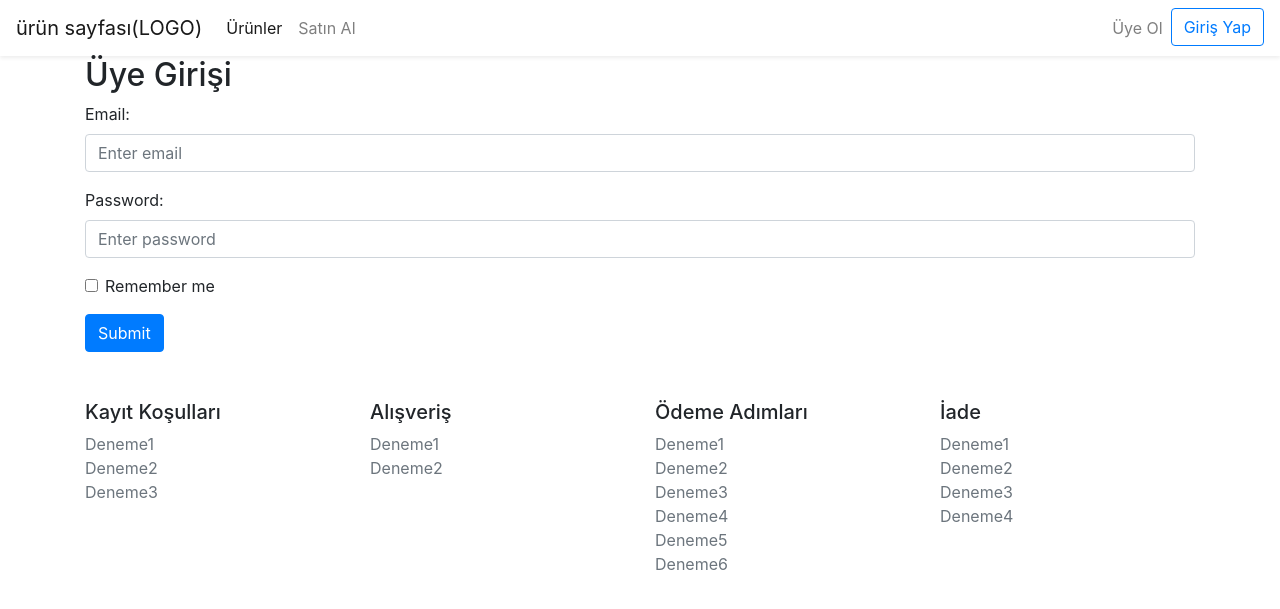
Repository: NergisAktug/E-Commerce-PythonWithFlask-Sqlite3
Page: http://localhost/üye
An editor plug-in stored every save of this project. The page is shown before and after the next save, followed by the edit.
The browser window is 1280 px wide. The pictures show the whole page.
Some web libraries are served in a nearby version. The page is served by the project's application, run on Flask 3 (app.py).

Above is the page before, as saved 2018-12-01 00:00:09.

After the next save:
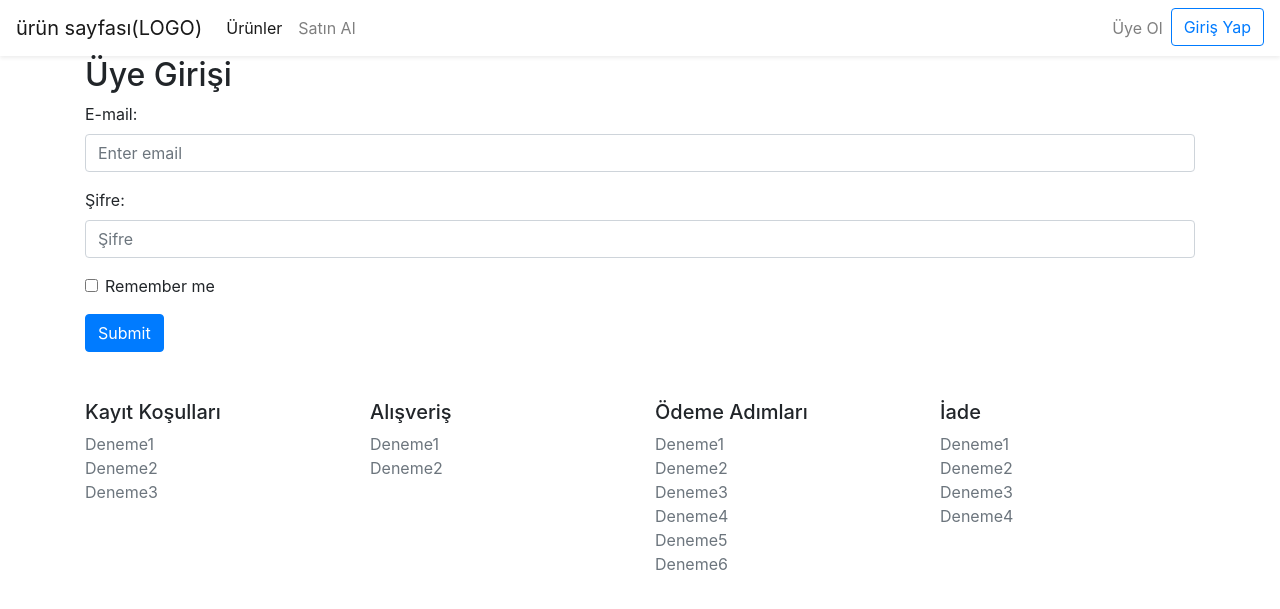
Saved 41 s later.
--- a/templates/üye.html
+++ b/templates/üye.html
@@ -41,12 +41,12 @@
             <h2>Üye Girişi</h2>
             <form action="/action_page.php">
               <div class="form-group">
-                <label for="email">Email:</label>
-                <input type="email" class="form-control" id="email" placeholder="Enter email" name="email">
+                <label for="email">E-mail:</label>
+                <input type="email" class="form-control" id="email" placeholder="Enter email" name="e-mail">
               </div>
               <div class="form-group">
-                <label for="pwd">Password:</label>
-                <input type="password" class="form-control" id="pwd" placeholder="Enter password" name="pswd">
+                <label for="pwd">Şifre:</label>
+                <input type="password" class="form-control" id="pwd" placeholder="Şifre" name="pswd">
               </div>
               <div class="form-group form-check">
                 <label class="form-check-label">
